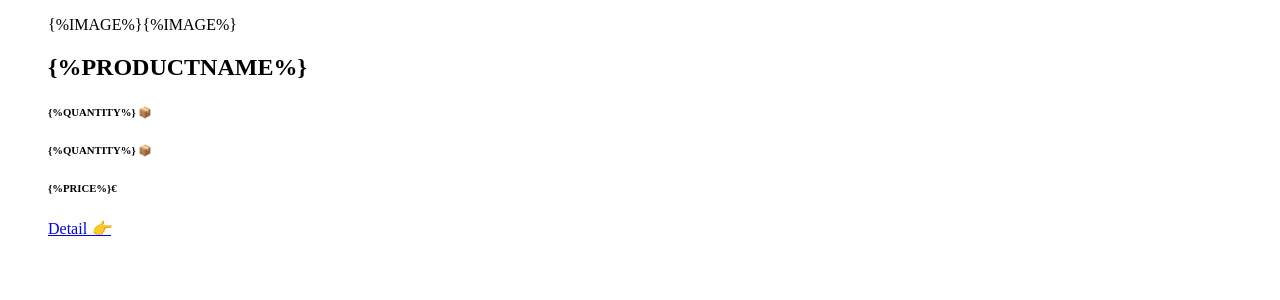
Repository: Kaii-Dev/NODEJS-by-JONAS
Page: 1-node-farm/starter/templates/card.html
An editor plug-in stored every save of this project. The page is shown before and after a run of saves, followed by the edit.
The browser window is 1280 px wide. The pictures show the whole page.

Above is the page before, as saved 2022-08-03 14:44:35.

After the next 2 saves:
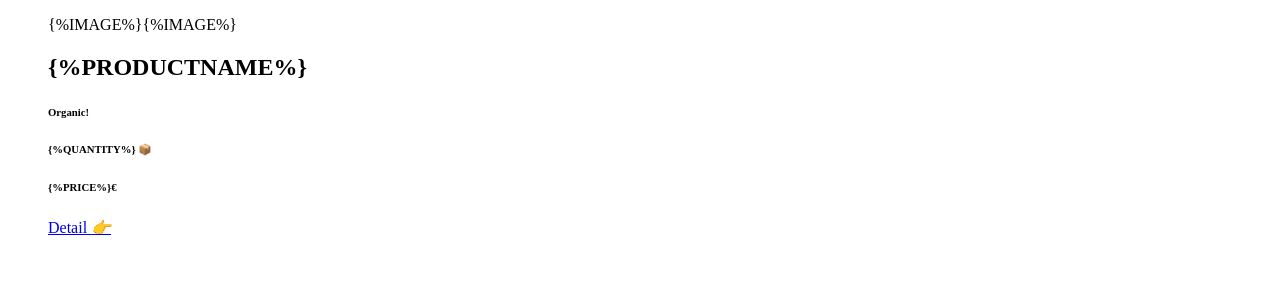
The 2 saves are shown as one change because they came seconds apart.
The last was saved 11 s later.
--- a/1-node-farm/starter/templates/card.html
+++ b/1-node-farm/starter/templates/card.html
@@ -1,24 +1,24 @@
 <figure class="card">
-   <div class="card__emoji">{%IMAGE%}{%IMAGE%}</div>
-   <div class="card__title-box">
-     <h2 class="card__title">{%PRODUCTNAME%}</h2>
-   </div>
+  <div class="card__emoji">{%IMAGE%}{%IMAGE%}</div>
+  <div class="card__title-box">
+    <h2 class="card__title">{%PRODUCTNAME%}</h2>
+  </div>
 
-   <div class="card__details">
-      <div class="card__detail-box {%NOT_ORGANIC%}">
-        <h6 class="card__detail card__detail--organic">{%QUANTITY%} 📦</h6>
-      </div>
+  <div class="card__details">
+    <div class="card__detail-box {%NOT_ORGANIC%}">
+      <h6 class="card__detail card__detail--organic">Organic!</h6>
+    </div>
 
-   <div class="card__details">
-       <h6 class="card__detail">{%QUANTITY%} 📦</h6>
-     </div>
+    <div class="card__details">
+      <h6 class="card__detail">{%QUANTITY%} 📦</h6>
+    </div>
 
-     <div class="card__detail-box">
-       <h6 class="card__detail card__detail--price">{%PRICE%}€</h6>
-     </div>
-   </div>
+    <div class="card__detail-box">
+      <h6 class="card__detail card__detail--price">{%PRICE%}€</h6>
+    </div>
+  </div>
 
-   <a class="card__link" href="/product?id={%ID%}">
-     <span>Detail <i class="emoji-right">👉</i></span>
-   </a>
- </figure>
+  <a class="card__link" href="/product?id={%ID%}">
+    <span>Detail <i class="emoji-right">👉</i></span>
+  </a>
+</figure>
